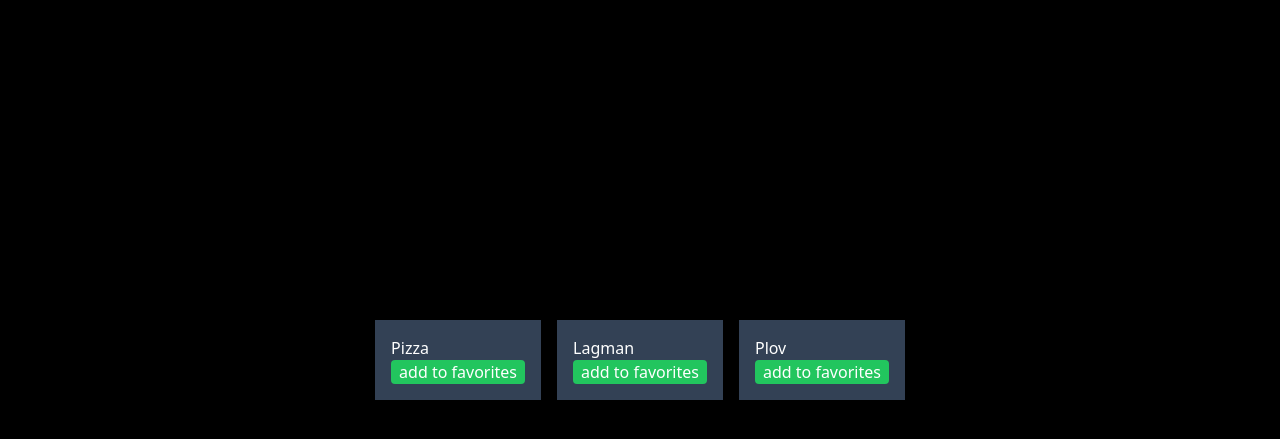
Repository: Nurlan-Bakenbaev/redux-tools
Page: /
The author's editor kept a copy of each file at every save. The page is drawn from the files as they stood at one save, then again after the next save.
The browser window is 1280 px wide. The pictures show the whole page.
The project was rebuilt for these pictures with package versions that can differ from the ones it lists, and the page was loaded fresh each time. Also part of the build but not shown: vite.config.js.

Above is the page before, as saved 2023-10-22 22:17:16.

### src/App.jsx
import RicipeItem from "./RicipeItem";

function App() {
  return (
    <>
      <div className="flex flex-row gap-4  justify-center items-center h-[100vh]">
        <RicipeItem recipe={{ id: 1, name: "Pizza" }} />
        <RicipeItem recipe={{ id: 2, name: "Lagman" }} />
        <RicipeItem recipe={{ id: 3, name: "Plov" }} />
      </div>
    </>
  );
}

export default App;

### src/index.css
@tailwind base;
@tailwind components;
@tailwind utilities;

body {
  background: black;
  color: white;
}

### src/store/store.js
import { configureStore } from "@reduxjs/toolkit"
import {reducer} from "../features/favoritesSlice"


 export const store = configureStore({
  reducer: {reducer},

});

### src/RicipeItem.jsx
import React from "react";

const RicipeItem = ({ recipe }) => {
  return (
    <div className="bg-slate-700 p-4 ">
      <div>{recipe.name}</div>
      <button className="px-2 bg-green-500 rounded"> add to favorites</button>
    </div>
  );
};

export default RicipeItem;

### src/features/favoritesSlice.js
import { createSlice } from "@reduxjs/toolkit";


const initialState = [];
export const favoritesSlice = createSlice({
  name: "favorites",
  initialState,
  reducers: {
    toggleFavorites: (state, { payload: recipe }) => {
      const isExits = state.some((r) => r.id === recipe.id);
      if (isExits) {
        state = state.filter((r) => r.id !== recipe.id);
      }
      state.push(recipe);
    },
  },
});
export const {action,reducer} = favoritesSlice

Loaded but not shown: index.html (common file); src/main.jsx (common file); tailwind.config.js (common file)

After the next save:
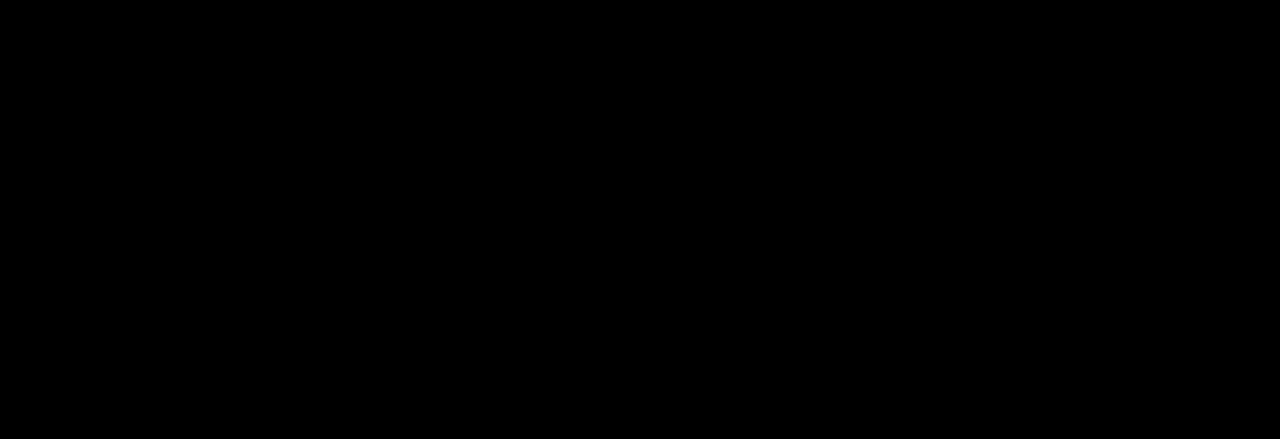
Console error: ReferenceError: usese is not defined
Saved 57 s later.
--- a/src/RicipeItem.jsx
+++ b/src/RicipeItem.jsx
@@ -1,6 +1,7 @@
 import React from "react";
 
 const RicipeItem = ({ recipe }) => {
+  usese
   return (
     <div className="bg-slate-700 p-4 ">
       <div>{recipe.name}</div>

After the save that followed:
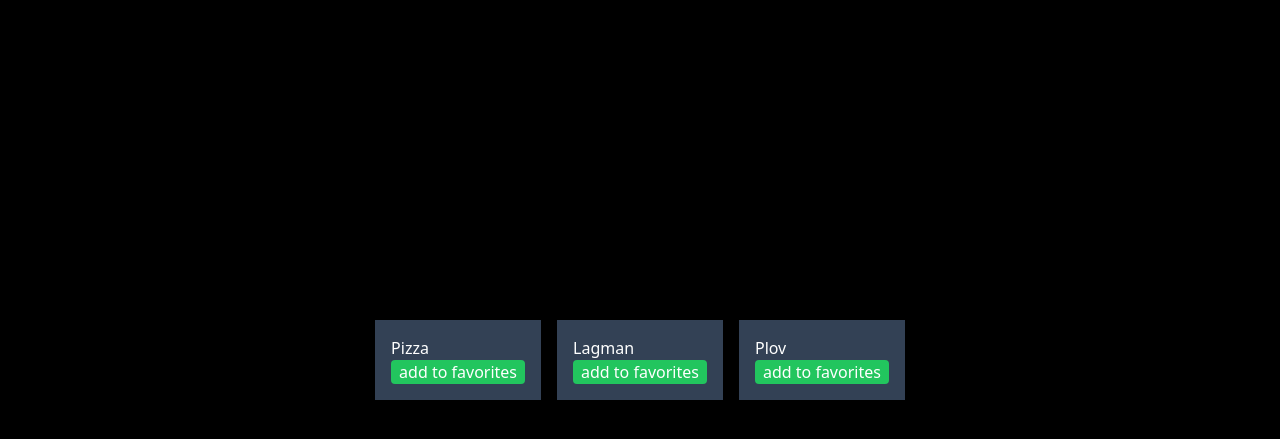
The error is gone.
Saved 4 s later.
--- a/src/RicipeItem.jsx
+++ b/src/RicipeItem.jsx
@@ -1,7 +1,8 @@
 import React from "react";
+import { useSelector } from "react-redux";
 
 const RicipeItem = ({ recipe }) => {
-  usese
+  useSelector
   return (
     <div className="bg-slate-700 p-4 ">
       <div>{recipe.name}</div>
